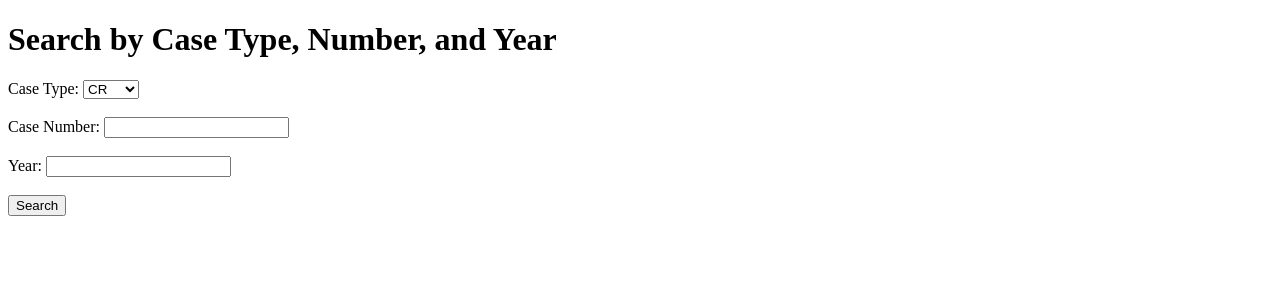
Repository: moatazbenma/Internship_task
Page: http://localhost/
An editor plug-in stored every save of this project. The page is shown before and after the next save, followed by the edit.
The browser window is 1280 px wide. The pictures show the whole page.
The page is served by the project's application, run on Django 5.2 (court_project/manage.py). Other server files are loaded and not shown.

Above is the page before, as saved 2025-08-02 07:35:12.

### court_projects/court_project/case_search/templates/case_search/search_form.html
<!DOCTYPE html>
<html>
<head>
    <title>Search Case</title>
</head>
<body>
    <h1>Search by Case Type, Number, and Year</h1>
    <form method="POST">
        {% csrf_token %}
        <label for="case_type">Case Type:</label>
        <select name="case_type" required>
            <option value="CR">CR</option>
            <option value="MISC">MISC</option>
            <option value="CC">CC</option>
            <!-- Add more if needed -->
        </select><br><br>

        <label for="case_number">Case Number:</label>
        <input type="text" name="case_number" required><br><br>

        <label for="year">Year:</label>
        <input type="text" name="year" required><br><br>

        <button type="submit">Search</button>
    </form>

    {% if case %}
        <h2>Case Details</h2>
        <p><strong>Case Number:</strong> {{ case.case_number }}</p>
        <p><strong>Petitioner:</strong> {{ case.petitioner }}</p>
        <p><strong>Respondent:</strong> {{ case.respondent }}</p>
        <p><strong>Court:</strong> {{ case.court_name }}</p>
        <p><strong>Status:</strong> {{ case.status }}</p>

        <h3>Orders</h3>
        <ul>
            {% for order in case.orders.all %}
                <li>{{ order.date }}: <a href="{{ order.pdf_url }}" target="_blank">{{ order.summary }}</a></li>
            {% endfor %}
        </ul>
    {% endif %}
</body>
</html>

### court_projects/court_project/case_search/views.py
from django.shortcuts import render, redirect, get_object_or_404
from .forms import CaseSearchForm
from .models import QueryLog, CaseData, Order
from django.contrib import messages
from .scraper import scrape_case_details
from .utils import save_scraped_data
# Create your views here.




def search_case(request):
    context = {}
    if request.method == "POST":
        case_type = request.POST.get("case_type")
        case_number = request.POST.get("case_number")
        year = request.POST.get("year")

        try:
            data = scrape_case_details(case_type, case_number, year)
            case = save_scraped_data(data)
            context['case'] = case
        except Exception as e:
            messages.error(request, f"Error: {e}")

    return render(request, "case_search/search_form.html", context)





def search_result(request, query_id):
    query= get_object_or_404(QueryLog, id=query_id)



    try:
        case_data = query.casedata
    except CaseData.DoesNotExist:
        case_data = None

    return render(request, 'case_search/search_result.html',{'queryt':query, 'case_data': case_data} )

### court_projects/court_project/court_project/urls.py
"""
URL configuration for court_project project.

The `urlpatterns` list routes URLs to views. For more information please see:
    https://docs.djangoproject.com/en/5.2/topics/http/urls/
Examples:
Function views
    1. Add an import:  from my_app import views
    2. Add a URL to urlpatterns:  path('', views.home, name='home')
Class-based views
    1. Add an import:  from other_app.views import Home
    2. Add a URL to urlpatterns:  path('', Home.as_view(), name='home')
Including another URLconf
    1. Import the include() function: from django.urls import include, path
    2. Add a URL to urlpatterns:  path('blog/', include('blog.urls'))
"""
from django.contrib import admin
from django.urls import path, include

urlpatterns = [
    path('admin/', admin.site.urls),
    path('', include('case_search.urls')),
]

### court_projects/court_project/case_search/urls.py
from django.urls import path
from . import views




urlpatterns = [
    path('', views.search_case, name="search_case"),
    path('result/<int:query_id>', views.search_result, name="search_result")
]

### court_projects/court_project/case_search/scraper.py
import requests
from bs4 import BeautifulSoup

BASE_URL = "https://districts.ecourtsindia.com/CNR/"

def scrape_case_details(cnr_number):
    url = f"{BASE_URL}{cnr_number}"
    response = requests.get(url)

    if response.status_code != 200:
        print(f"Failed to fetch data for {cnr_number}")
        return None

    soup = BeautifulSoup(response.text, "html.parser")

    try:
        card_body = soup.select_one('.info-card .card-body')
        columns = card_body.select('.col-md-6')

        left = columns[0].find_all('p')
        right = columns[1].find_all('p')

        cnr = left[0].text.split(":")[-1].strip()
        case_number = left[1].text.split(":")[-1].strip()
        parties = left[2].text.split(":")[-1].strip()
        filing_date = left[3].text.split(":")[-1].strip()
        registration_date = left[4].text.split(":")[-1].strip()

        court_name = right[0].text.split(":")[-1].strip()
        hearing_date = right[1].text.split(":")[-1].strip()
        status = right[2].text.split(":")[-1].strip()

        petitioner, respondent = parties.split("versus")

        orders = []
        timeline_items = soup.select('.timeline-item')

        for item in timeline_items:
            if 'marker-order' in item.select_one('.timeline-marker')['class']:
                order_date = item.select_one('.event-date').text.strip()
                summary = item.select_one('h6').text.strip()
                pdf_link_tag = item.select_one('a.btn-view-order')
                pdf_url = "https://districts.ecourtsindia.com" + pdf_link_tag['href']

                orders.append({
                    "date": order_date,
                    "summary": summary,
                    "pdf_url": pdf_url
                })

        return {
            "cnr": cnr,
            "case_number": case_number,
            "petitioner": petitioner.strip(),
            "respondent": respondent.strip(),
            "filing_date": filing_date,
            "registration_date": registration_date,
            "hearing_date": hearing_date,
            "court_name": court_name,
            "status": status,
            "orders": orders,
            "raw_html": response.text,
        }

    except Exception as e:
        print(f"Error during parsing: {e}")
        return None

After the next save:
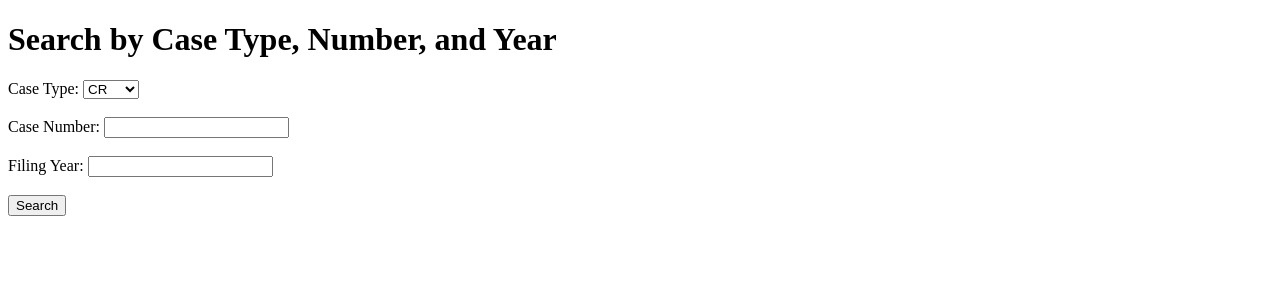
Saved 3 min 33 s later.
--- a/court_projects/court_project/case_search/templates/case_search/search_form.html
+++ b/court_projects/court_project/case_search/templates/case_search/search_form.html
@@ -18,7 +18,7 @@
         <label for="case_number">Case Number:</label>
         <input type="text" name="case_number" required><br><br>
 
-        <label for="year">Year:</label>
+        <label for="year">Filing Year:</label>
         <input type="text" name="year" required><br><br>
 
         <button type="submit">Search</button>
